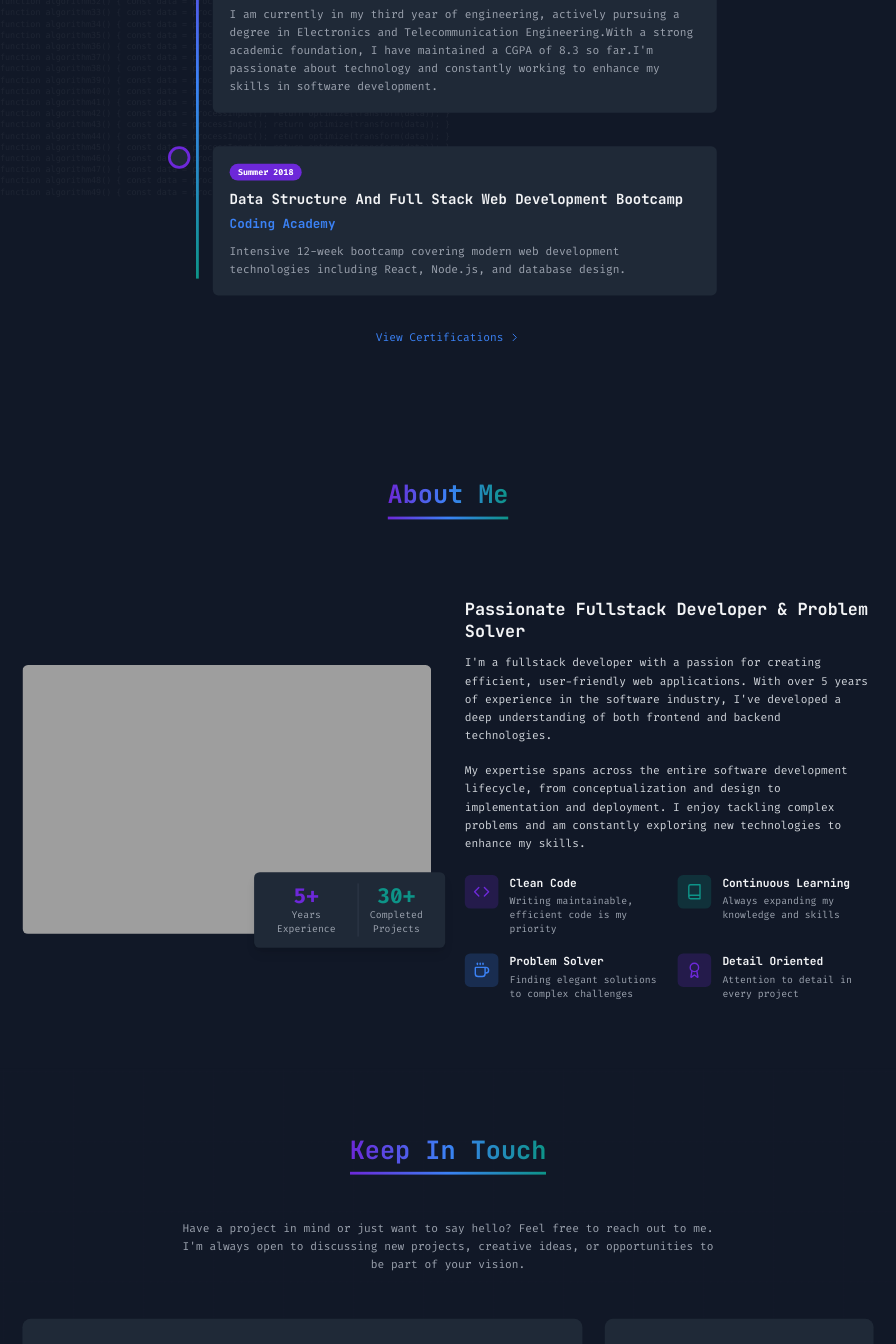
Repository: Saquib45/portfolio
Page: /
These files come from the project's save history. The page is drawn as it stood at one moment and after the next save; the edit follows.
The browser window is 1280 px wide. The pictures show the part of the page from y = 4580 to 6500 px (the page is 7559 px tall before and 7587 px after), at 70% of full size.
Pictures or frames that could not be fetched are drawn as grey boxes. The project was rebuilt for these pictures with package versions that can differ from the ones it lists, and the page was loaded fresh each time. Also part of the build but not shown: vite.config.ts.

Above is the page before, as saved 2025-04-24 14:21:39.

After the next save:
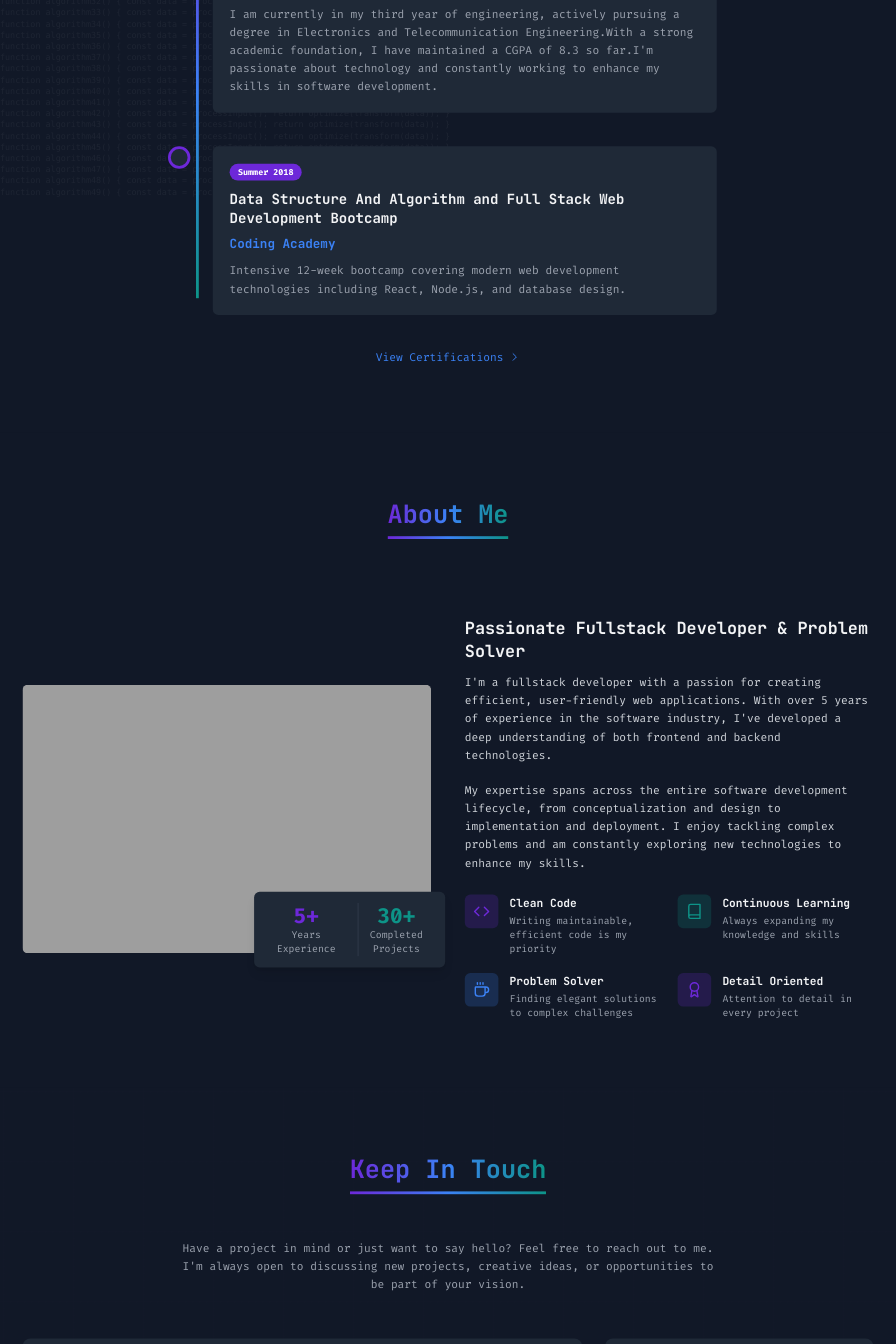
Saved 5 s later.
--- a/src/components/Education.tsx
+++ b/src/components/Education.tsx
@@ -48,7 +48,7 @@ const Education: React.FC = () => {
       description: "I am currently in my third year of engineering, actively pursuing a degree in Electronics and Telecommunication Engineering.With a strong academic foundation, I have maintained a CGPA of 8.3 so far.I'm passionate about technology and constantly working to enhance my skills in software development."
     },
     {
-      degree: "Data Structure And Full Stack Web Development Bootcamp",
+      degree: "Data Structure And Algorithm and Full Stack Web Development Bootcamp",
       institution: "Coding Academy",
       period: "Summer 2018",
       description: "Intensive 12-week bootcamp covering modern web development technologies including React, Node.js, and database design."
